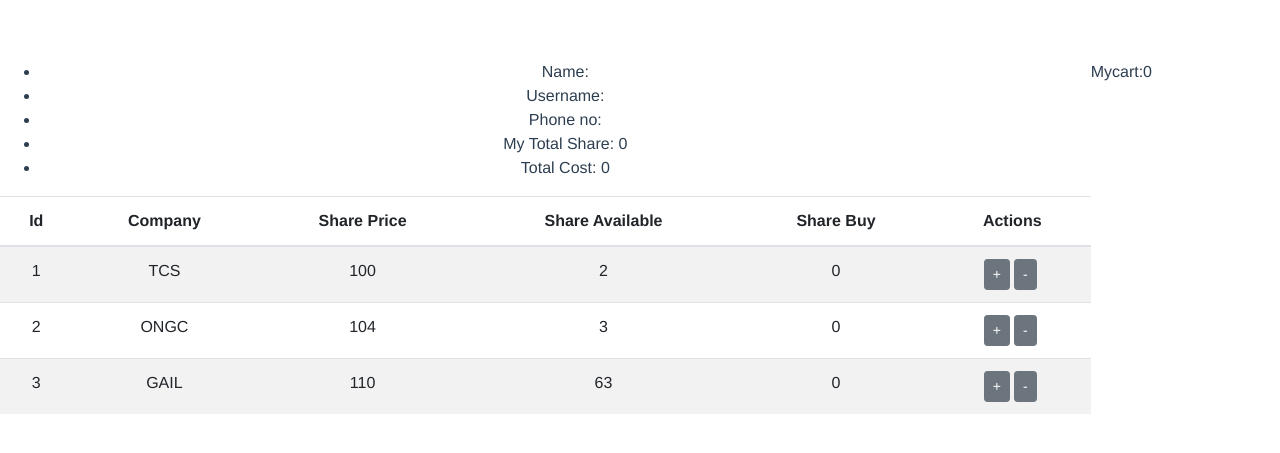
Repository: rupeshpawar93/vue-profile
Page: /#/portfolio/detail
An editor plug-in stored every save of this project. The page is shown before and after the next save, followed by the edit.
The browser window is 1280 px wide. The pictures show the whole page.
The project was rebuilt for these pictures with package versions that can differ from the ones it lists, and the page was loaded fresh each time. Also part of the build but not shown: webpack.config.js, src/components/Portfolio.vue.

Above is the page before, as saved 2019-11-01 15:37:26.

### index.html
<!DOCTYPE html>
<html lang="en">
  <head>
    <meta charset="utf-8">
    <title>Portfolio Manager</title>
  </head>
  <body>
    <div id="app"></div>
    <script src="/dist/build.js"></script>
  </body>
</html>

### src/main.js
import Vue from 'vue'
import BootstrapVue from 'bootstrap-vue'
import 'bootstrap/dist/css/bootstrap.css'
import 'bootstrap-vue/dist/bootstrap-vue.css'
import App from './App'
import router from './router'

Vue.use(BootstrapVue)

Vue.config.productionTip = false

new Vue({
	el: '#app',
	router,
	template: '<App/>',
	components: { App }
})

### src/App.vue
<template>
  <div id="app">
    <router-view></router-view>
  </div>
</template>

<script>
	export default {
	  name: 'app'
	}
</script>


<style>
	#app {
		font-family: 'Avenir', Helvetica, Arial, sans-serif;
		-webkit-font-smoothing: antialiased;
		-moz-osx-font-smoothing: grayscale;
		text-align: center;
		color: #2c3e50;
		margin-top: 60px;
	}

	h1, h2 {
		font-weight: normal;
	}
</style>

### src/router/index.js
import Vue from 'vue'
import Router from 'vue-router'
import Portfolio from '@/components/Portfolio'
import PortfolioDetail from '@/components/PortfolioDetail'
import MyCart from '@/components/Mycart'

Vue.use(Router)

export default new Router({
    routes: [
        {
            path: '/',
            name: 'Portfolio',
            component: Portfolio
        },
        {
            path: '/portfolio/detail',
            name: 'mycart',
            component: MyCart,
            props:true
        }
    ]
})

### src/components/PortfolioDetail.vue
<template>
    <div>
        <ul>
            <li>Name: {{profile.name}}</li>
            <li>Username: {{profile.username}}</li>
            <li>Phone no: {{profile.phone}}</li>
            <li>My Total Share: {{myshare}}</li>
            <li>Total Cost: {{mytotalcost}}</li>
        </ul>
        <b-table striped hover :fields="fields" :items="items">
             <template v-slot:cell(actions)="row">
                <b-button size="sm" @click="add(row.item,row.index)" class="mr-1">
               +
                </b-button>
                <b-button size="sm" @click="minus(row.item,row.index)" class="mr-1">
               -
                </b-button>
             </template>
        </b-table>

    </div>
</template>
<script>
import axios from 'axios'

export default {
    name:'PortfolioDetail',
    props:{
        profile:Object
        },
    data() {
        return {
            userId:'',
            fields:['id','Company','SharePrice','ShareAvailable','ShareBuy','Actions'],
            myshare:0,
            mytotalcost:0,
            items:[
                {
                    'id':1,
                    'Company':'TCS',
                    'SharePrice': 100.00,
                    'ShareBuy': 0,
                    'ShareAvailable':2
                },
                {
                    'id':2,
                    'Company':'ONGC',
                    'SharePrice': 104.00,
                    'ShareBuy': 0,
                    'ShareAvailable':3
                },
                {
                    'id':3,
                    'Company':'GAIL',
                    'SharePrice': 110.00,
                    'ShareBuy': 0,
                    'ShareAvailable':63
                }
            ]
        }
    },
    methods: {
        add(item,index) {
            if(item.ShareAvailable!=0) {
                this.items[index]['ShareBuy'] = ++item.ShareBuy;
                this.myshare = ++this.myshare;
                this.mytotalcost = this.mytotalcost + item.SharePrice;
                this.items[index]['ShareAvailable'] = --item.ShareAvailable;
                this.$emit('myEvent', this.myshare);
            } else {
                alert(item.Company+' No Share left');
            }
        },
        minus(item,index) {
            if(item.ShareBuy!=0) {
                this.items[index]['ShareBuy'] = --item.ShareBuy;
                this.myshare = --this.myshare;
                this.mytotalcost = this.mytotalcost - item.SharePrice;
                this.items[index]['ShareAvailable'] = ++item.ShareAvailable;
                this.$emit('myEvent', this.myshare);
            } else {
                alert(item.Company+' No buy Share left');
            }
        }
    },
    mounted() {
        // this.userId=profile.userId;
        // axios
        // .get('https://jsonplaceholder.typicode.com/users/'+this.userId)
        // .then((response) => {
        //     this.profile =  response.data;
        // });
    }
}
</script>

### src/components/Mycart.vue
<template>
    <div style="width:90%">
        <p style="float:right">Mycart:{{share}}</p>
        <div style="overflow:auto">
            <PortfolioDetail :profile="profile" @myEvent="mycart"/>
        </div>
    </div>
</template>
<script>
import axios from 'axios'
import PortfolioDetail from './PortfolioDetail'
export default {
    name:'mycart',
    data() {
        return {
            profile:{},
            share:0
        }
    },
    components: {
        PortfolioDetail
    },
    mounted() {
        this.userId=this.$route.params.item.userId;
        axios
        .get('https://jsonplaceholder.typicode.com/users/'+this.userId)
        .then((response) => {
            this.profile =  response.data;
        });
    },
    methods: {
        mycart(val) {
            this.share=val
        }
    }
}
</script>

After the next save:
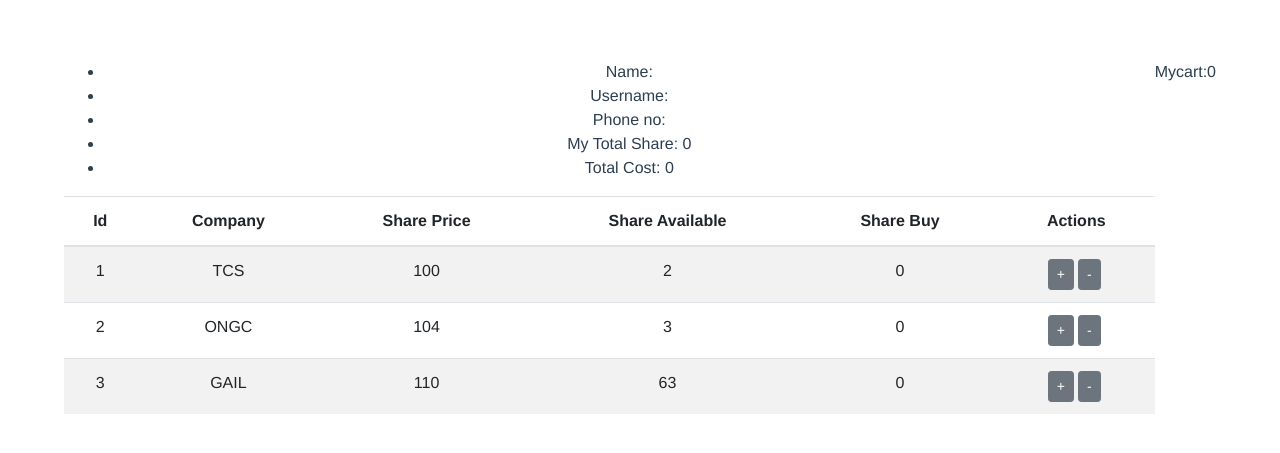
Saved 11 s later.
--- a/src/components/Mycart.vue
+++ b/src/components/Mycart.vue
@@ -1,5 +1,5 @@
 <template>
-    <div style="width:90%">
+    <div style="width:90%;margin:0 auto;">
         <p style="float:right">Mycart:{{share}}</p>
         <div style="overflow:auto">
             <PortfolioDetail :profile="profile" @myEvent="mycart"/>
